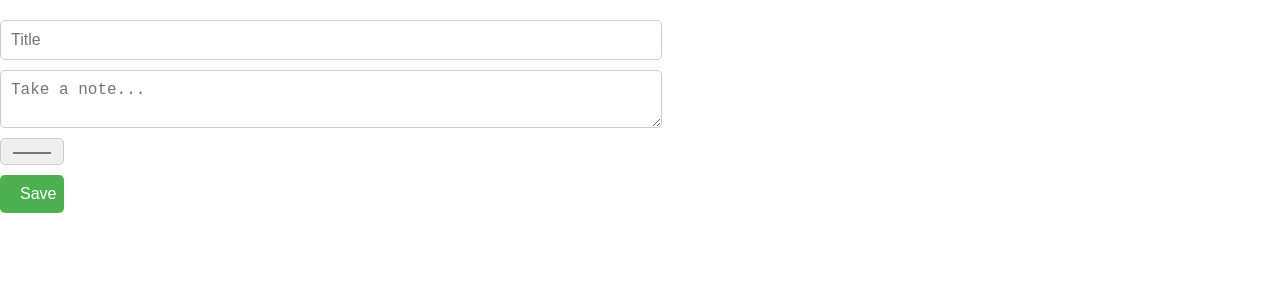
Repository: drumsmanku/google-keep-clone-1
Page: /
These files come from the project's save history. The page is drawn as it stood at one moment and after the next save; the edit follows.
The browser window is 1280 px wide. The pictures show the whole page.
The project was rebuilt for these pictures with package versions that can differ from the ones it lists, and the page was loaded fresh each time. Also part of the build but not shown: src/Components/Note.css, src/Components/Note.js, src/App.css.

Above is the page before, as saved 2023-12-22 22:21:48.

### src/App.js
import React, { useState, useEffect } from 'react';
import NoteList from './Components/NoteList';
import NoteForm from './Components/NoteForm';
import './App.css'

function App() {
  // Load notes from local storage or set to empty array
  const [notes, setNotes] = useState(JSON.parse(localStorage.getItem('notes')) || []);

  useEffect(() => {
    // Save notes to local storage whenever notes state changes
    localStorage.setItem('notes', JSON.stringify(notes));
  }, [notes]);

  const createNote = (note) => {
    setNotes([note, ...notes]);
  };

  const deleteNote = (id) => {
    const updatedNotes = notes.filter(note => note.id !== id);
    setNotes(updatedNotes);
  };

  const editNote = (id, updatedNote) => {
    const updatedNotes = notes.map(note =>
      note.id === id ? { ...note, ...updatedNote } : note
    );
    setNotes(updatedNotes);
  };



  // Other functions like editNote would go here

  return (
    <div>
      <NoteForm onSave={createNote} />
      <NoteList notes={notes} onDelete={deleteNote} onEdit={editNote}  />

    </div>
  );
}

export default App;

### src/Components/NoteList.js
import React from 'react';
import Note from './Note';
import './NoteList.css'

function NoteList({ notes, onDelete, onEdit}) {
  return (
    <div className="note-list">
      {notes.map(note => (
        <Note key={note.id} note={note} onDelete={() => onDelete(note.id)} onEdit={(updatedNote) => onEdit(note.id, updatedNote)} />
      ))}
    </div>
  );
}

export default NoteList;

### src/Components/NoteForm.js
import React, { useState } from 'react';
import './NoteForm.css'

function NoteForm({ onSave }) {
  const [title, setTitle] = useState('');
  const [content, setContent] = useState('');
  const [color, setColor] = useState('#FFFFFF');

  const handleSave = () => {
    if (title && content) {
      onSave({ id: Date.now(), title, content, color }); // Now save with color property
      setTitle('');
      setContent('');
      setColor('#FFFFFF'); // Reset color to default after saving
    }
  };

  return (
    <div className="note-form">
    <input
      type="text"
      value={title}
      onChange={(e) => setTitle(e.target.value)}
      placeholder="Title"
    />
    <textarea
      value={content}
      onChange={(e) => setContent(e.target.value)}
      placeholder="Take a note..."
    />
    <input
      type="color"
      value={color}
      onChange={(e) => setColor(e.target.value)} // Update the note color
    />
    <button onClick={handleSave}>Save</button>
  </div>
  );
}

export default NoteForm;

### src/Components/NoteList.css
.note-list {
  display: grid;
  grid-template-columns: repeat(auto-fill, minmax(250px, 1fr));
  gap: 20px;
}

### src/Components/NoteForm.css
.note-form {
  margin-top: 20px;
  display: flex;
  flex-direction: column;
}

.note-form input,
.note-form textarea {
  width: 50%;
  padding: 10px;
  margin-bottom: 10px;
  font-size: 16px;
  border: 1px solid #ccc;
  border-radius: 5px;
}

.note-form input[type='color']{
  width: 5%;
  padding: 10px;
  margin-bottom: 10px;
  font-size: 16px;
  border: 1px solid #ccc;
  border-radius: 5px;
}

.note-form button {
  width: 5%;
  padding: 10px 20px;
  font-size: 16px;
  border: none;
  border-radius: 5px;
  background-color: #4CAF50;
  color: white;
  cursor: pointer;
  transition: background-color 0.3s;
}

.note-form button:hover {
  background-color: #45a049;
}

Loaded but not shown: public/index.html (common file); src/index.js (common file); src/index.css (common file)

After the next save:
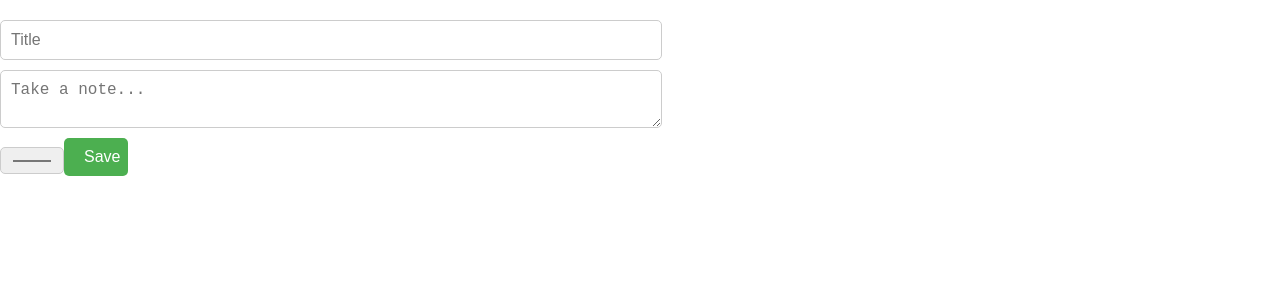
Saved 51 s later.
--- a/src/Components/NoteForm.js
+++ b/src/Components/NoteForm.js
@@ -28,12 +28,14 @@ function NoteForm({ onSave }) {
       onChange={(e) => setContent(e.target.value)}
       placeholder="Take a note..."
     />
-    <input
-      type="color"
-      value={color}
-      onChange={(e) => setColor(e.target.value)} // Update the note color
-    />
-    <button onClick={handleSave}>Save</button>
+    <div>
+      <input
+        type="color"
+        value={color}
+        onChange={(e) => setColor(e.target.value)}
+      />
+      <button onClick={handleSave}>Save</button>
+      </div>
   </div>
   );
 }
